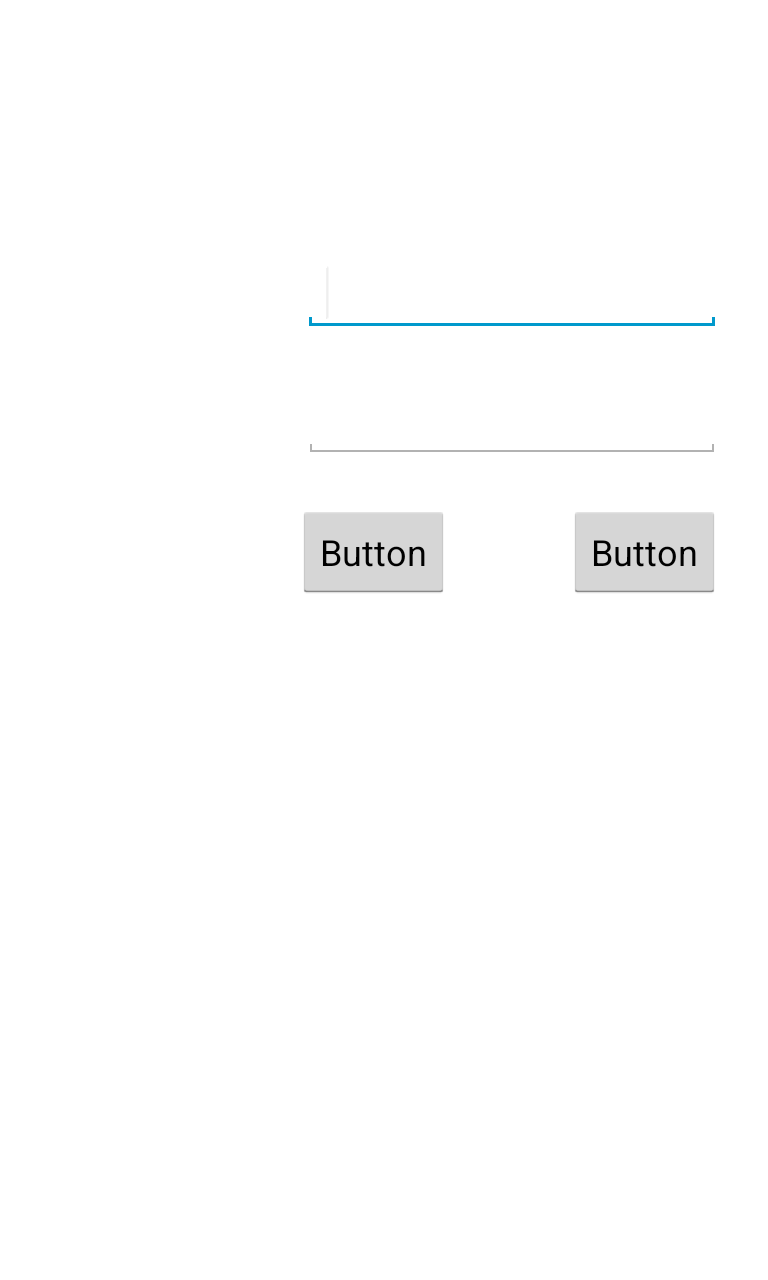
Repository: LeBenHL/CS169WarmUp
Layout: android/HelloWorld/res/layout/activity_main.xml
An editor plug-in stored every save of this project. The layout is shown before and after the next save, followed by the edit.
It is drawn on a 768 x 1280 px phone screen (xhdpi) without system bars, with theme AppTheme; the app's code is not run.

Above is the layout before, as saved 2013-02-16 23:43:54.

After the next save:
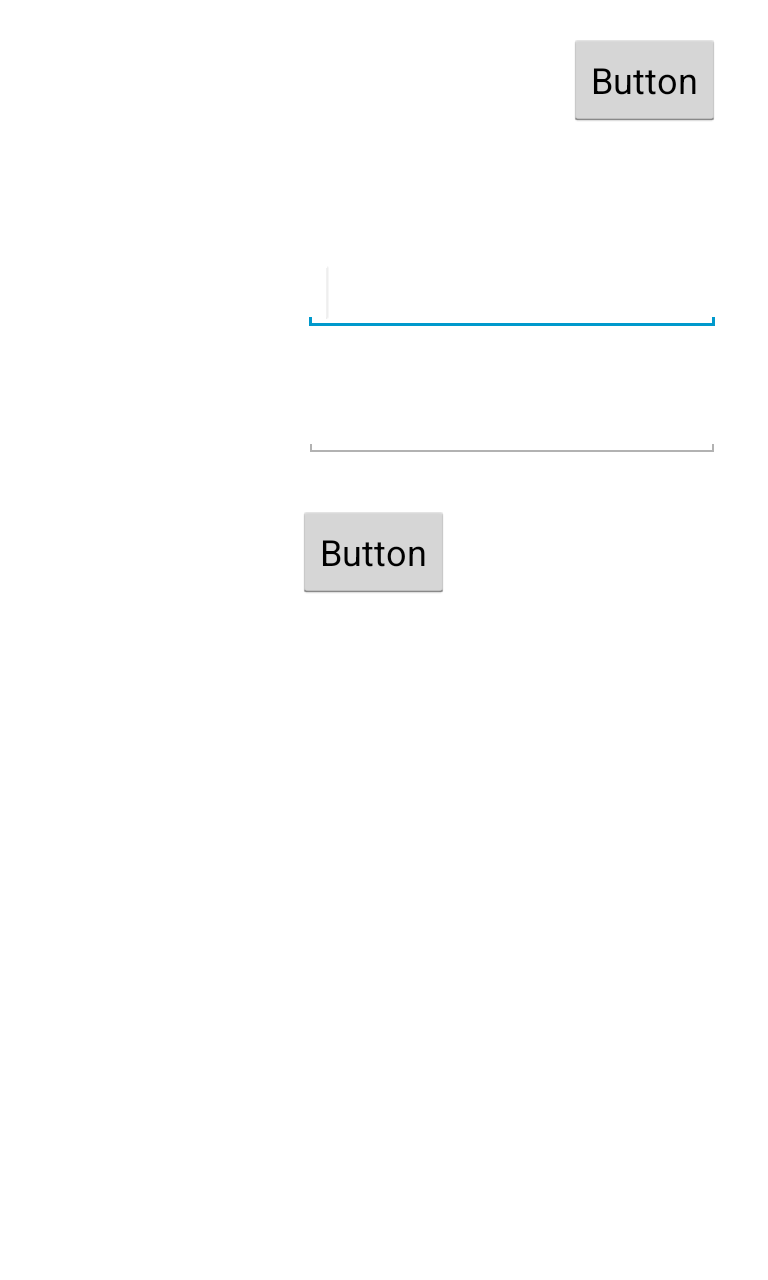
Saved 74 s later.
--- a/android/HelloWorld/res/layout/activity_main.xml
+++ b/android/HelloWorld/res/layout/activity_main.xml
@@ -33,7 +33,7 @@
         android:inputType="textPassword" />
 
     <Button
-        android:id="@+id/button1"
+        android:id="@+id/Login"
         android:layout_width="wrap_content"
         android:layout_height="wrap_content"
         android:layout_alignParentLeft="true"
@@ -43,7 +43,7 @@
         android:text="Button" />
 
     <Button
-        android:id="@+id/button2"
+        android:id="@+id/AddUser"
         android:layout_width="wrap_content"
         android:layout_height="wrap_content"
         android:layout_alignBaseline="@+id/button1"

After the 2 saves that followed:
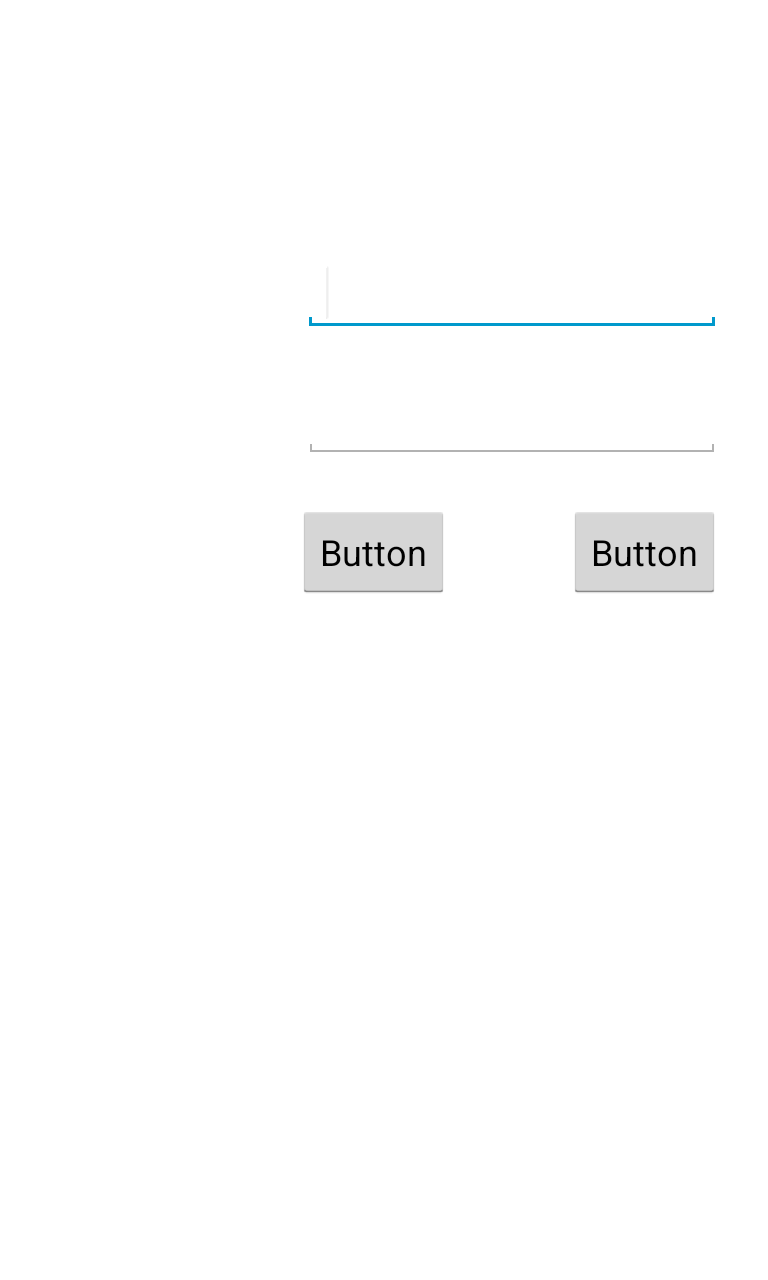
The 2 saves are shown as one change because they came seconds apart.
The last was saved 8 s later.
--- a/android/HelloWorld/res/layout/activity_main.xml
+++ b/android/HelloWorld/res/layout/activity_main.xml
@@ -46,8 +46,8 @@
         android:id="@+id/AddUser"
         android:layout_width="wrap_content"
         android:layout_height="wrap_content"
-        android:layout_alignBaseline="@+id/button1"
-        android:layout_alignBottom="@+id/button1"
+        android:layout_alignBaseline="@+id/Login"
+        android:layout_alignBottom="@+id/Login"
         android:layout_alignRight="@+id/password"
         android:text="Button" />
 
